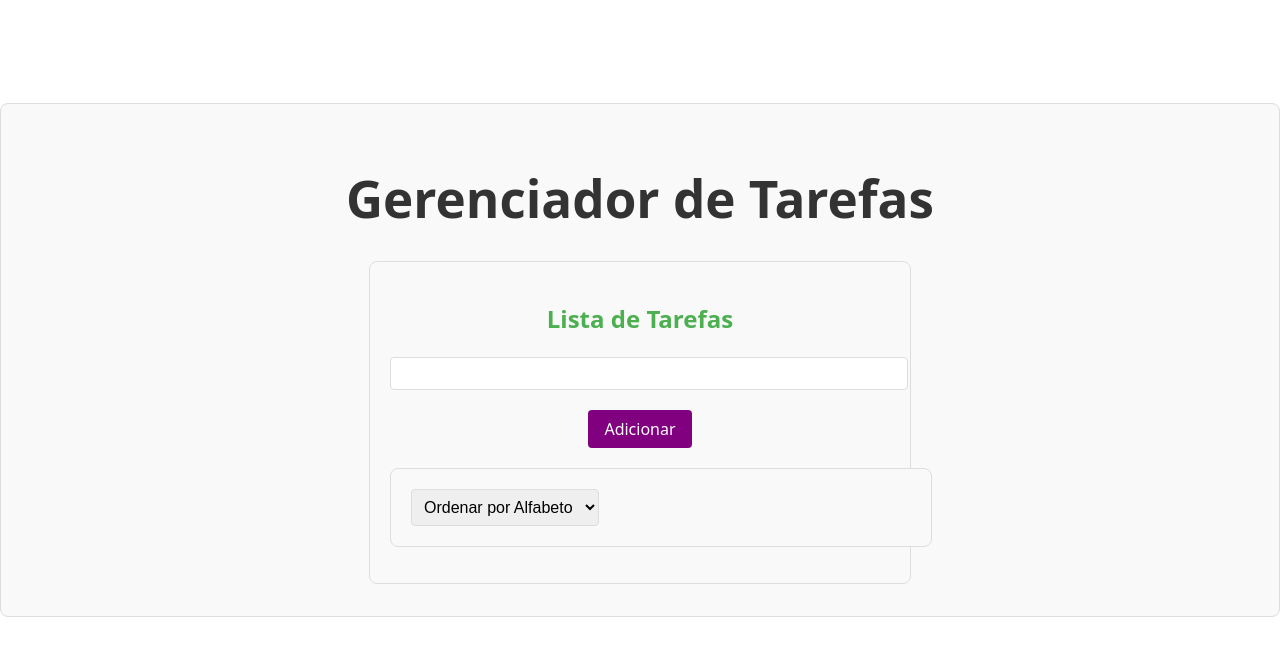
Repository: matheusarrabal12/todo
Page: /
The author's editor kept a copy of each file at every save. The page is drawn from the files as they stood at one save, then again after a run of saves.
The browser window is 1280 px wide. The pictures show the whole page.
The project was rebuilt for these pictures with package versions that can differ from the ones it lists, and the page was loaded fresh each time. Also part of the build but not shown: vite.config.js.

Above is the page before, as saved 2025-04-03 15:15:00.

### src/App.jsx
import ListaTarefas from './components/ListaTarefas';

import './App.css';

function App() {
  return(
    < >
    <h1>Gerenciador de Tarefas</h1>
    <ListaTarefas />
    </>
  ) ;
}

export default App;

### src/components/ListaTarefas.jsx
import { useState, useEffect } from "react";
import './ListaTarefas.css';

function ListaTarefas() {
  const [tarefas, setTarefa] = useState([]);
  const [novaTarefa, setNovaTarefa] = useState("");
  const [ordenacao, setOrdenacao] = useState("alfabetica");

  useEffect(() => {
    // Serve para recuperar as informações apos atualizar a pagina
    const tarefasSalvas = JSON.parse(localStorage.getItem("tarefas"));
    if (tarefasSalvas) {
      setTarefa(tarefasSalvas);
    }
  }, []);

  useEffect(() => {
    // Salva as tarefas no localStorage sempre que a lista mudar
    localStorage.setItem("tarefas", JSON.stringify(tarefas));
  }, [tarefas]);

  const adicionarTarefa = () => {
    if (novaTarefa.trim() !== "") {
      const novaTarefaObj = { texto: novaTarefa, concluida: false, dataAdicao: new Date() };
      setTarefa([...tarefas, novaTarefaObj]);
      setNovaTarefa("");
    }
  };

  const removerTarefa = (indice) => {
    setTarefa(tarefas.filter((_, i) => i !== indice));
  };

  const marcarTarefaConcluida = (indice) => {
    const novasTarefas = [...tarefas];
    novasTarefas[indice].concluida = !novasTarefas[indice].concluida;
    setTarefa(novasTarefas);
  };

  const ordenarTarefas = (criterio) => {
    let tarefasOrdenadas = [...tarefas];
    if (criterio === "alfabetica") {
      tarefasOrdenadas.sort((a, b) => a.texto.localeCompare(b.texto));
    }
    setTarefa(tarefasOrdenadas);
    setOrdenacao(criterio);
  };

  return (
    <div>
      <h2>Lista de Tarefas</h2>
      <input
        type="text"
        value={novaTarefa}
        onChange={(e) => setNovaTarefa(e.target.value)}
      />
      <button onClick={adicionarTarefa}>Adicionar</button>

      <div id="ordenacao">
        <select value={ordenacao} onChange={(e) => ordenarTarefas(e.target.value)}>
          <option value="alfabetica">Ordenar por Alfabeto</option>
          <option value="data">Ordenar por Data</option>
        </select>
      </div>

      <ul>
        {tarefas.map((tarefa, indice) => (
          <li key={indice} className={tarefa.concluida ? "concluida" : ""}>
            {tarefa.texto}
            <div>
              <button className="marcar-concluida" onClick={() => marcarTarefaConcluida(indice)}>
                {tarefa.concluida ? "Desmarcar" : "Concluir"}
              </button>
              <button className="remover" onClick={() => removerTarefa(indice)}>Remover</button>
            </div>
          </li>
        ))}
      </ul>
    </div>
  );
}

export default ListaTarefas;

### src/components/ListaTarefas.css
/* Estilos para a lista de tarefas */
h2 {
    text-align: center;
    color: #4caf50;
  }

  h1 {
    text-align: center;
    color: #333;
  }

  div {
    width: 100%;
    max-width: 500px;
    margin: 0 auto;
    padding: 20px;
    border: 1px solid #ddd;
    border-radius: 8px;
    background-color: #f9f9f9;
  }

  input[type="text"] {
    width: 100%;
    padding: 8px;
    margin-bottom: 10px;
    border: 1px solid #ddd;
    border-radius: 4px;
  }

  button {
    padding: 8px 16px;
    background-color: purple;
    color: white;
    border: none;
    border-radius: 4px;
    cursor: pointer;
    font-size: 16px;
    margin-top: 10px;
  }

  button:hover {
    background-color: purple;
  }

  ul {
    list-style-type: none;
    padding: 0;
  }

  li {
    display: flex;
    justify-content: space-between;
    align-items: center;
    padding: 10px;
    margin-bottom: 8px;
    background-color: #fff;
    border: 1px solid #ddd;
    border-radius: 4px;
  }

  li.concluida {
    text-decoration: line-through;
    background-color: #e0e0e0;
  }

  button.remover {
    background-color: #f44336;
  }

  button.remover:hover {
    background-color: #e53935;
  }

  button.marcar-concluida {
    background-color: #2196f3;
  }

  button.marcar-concluida:hover {
    background-color: #1976d2;
  }

  #ordenacao {
    margin-top: 20px;
    display: flex;
    justify-content: space-between;
  }

  #ordenacao select {
    padding: 8px;
    font-size: 16px;
    border-radius: 4px;
    border: 1px solid #ddd;
  }

Loaded but not shown: index.html (common file); src/main.jsx (common file); src/index.css (common file); src/App.css (common file)

After the next 4 saves:
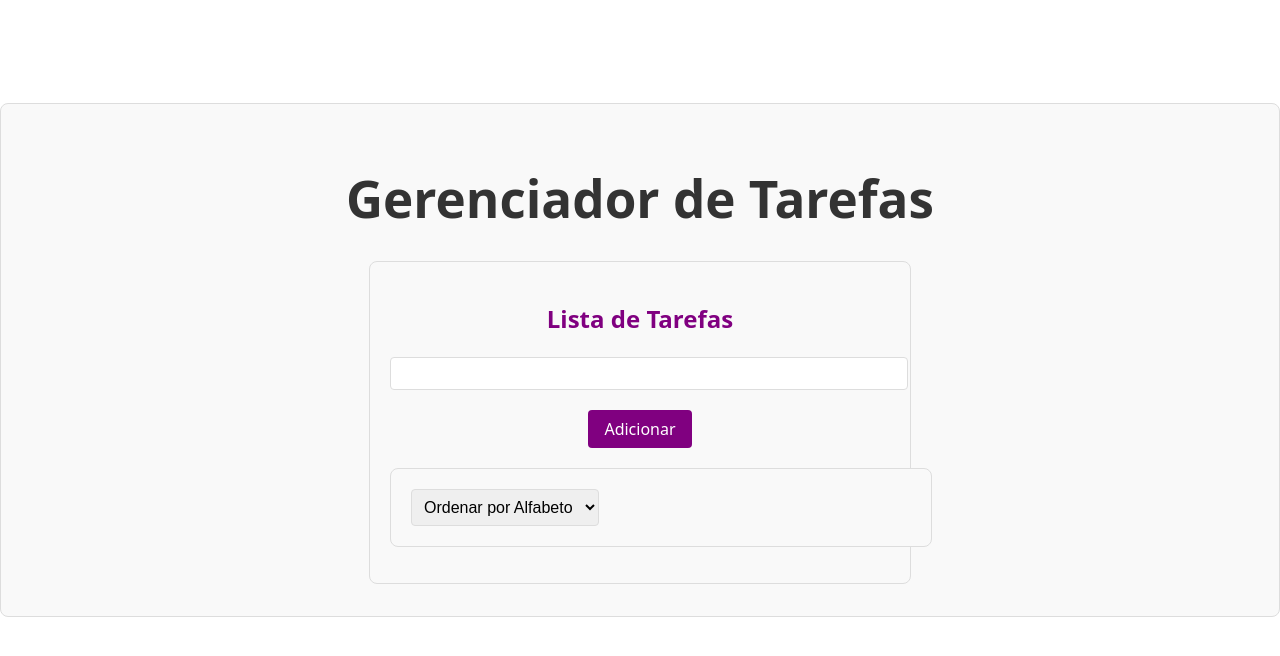
The 4 saves are shown as one change because they came seconds apart.
The last was saved 38 s later.
--- a/src/components/ListaTarefas.css
+++ b/src/components/ListaTarefas.css
@@ -1,7 +1,7 @@
 /* Estilos para a lista de tarefas */
 h2 {
     text-align: center;
-    color: #4caf50;
+    color: purple;
   }
 
   h1 {
